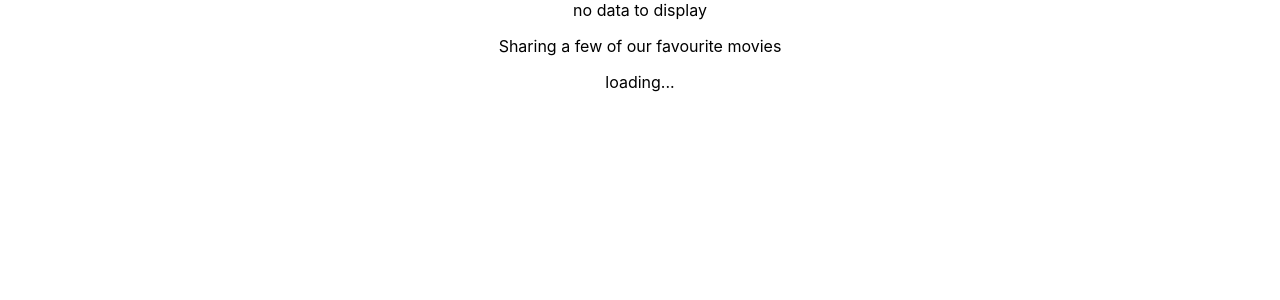
Repository: jklodge/lodge-creates
Page: / (app in plentific-search/)
An editor plug-in stored every save of this project. The page is shown before and after the next save, followed by the edit.
The browser window is 1280 px wide. The pictures show the whole page.
The page's requests for data from a server got no answer. The project was rebuilt for these pictures with package versions that can differ from the ones it lists, and the page was loaded fresh each time. No one was signed in, and anything a server would have sent is missing. Also part of the build but not shown: plentific-search/src/Components/Search.js.

Above is the page before, as saved 2020-01-12 12:41:00.

After the next save:
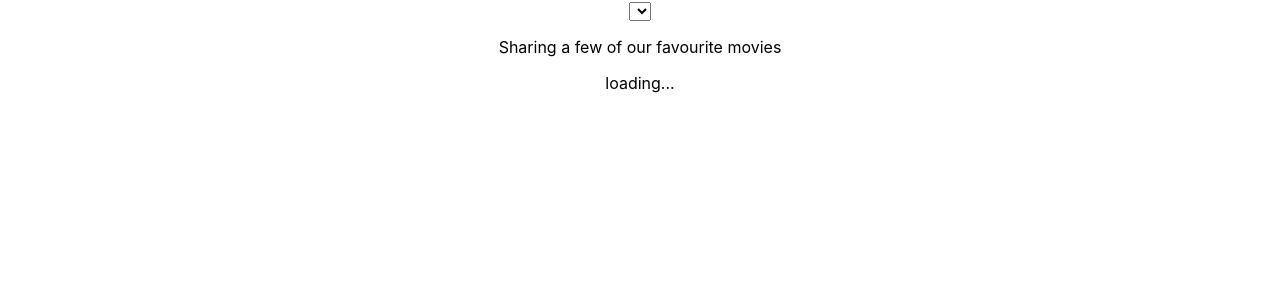
Saved 39 s later.
--- a/plentific-search/src/Components/DropDown.js
+++ b/plentific-search/src/Components/DropDown.js
@@ -43,7 +43,7 @@ export const DropDown = () => {
   }, []);
   console.log("useEffect hook is called", state);
 
-  return state.data.length === 0 ? (
+  return !state.data ? (
     "no data to display"
   ) : (
     <div className="input">
